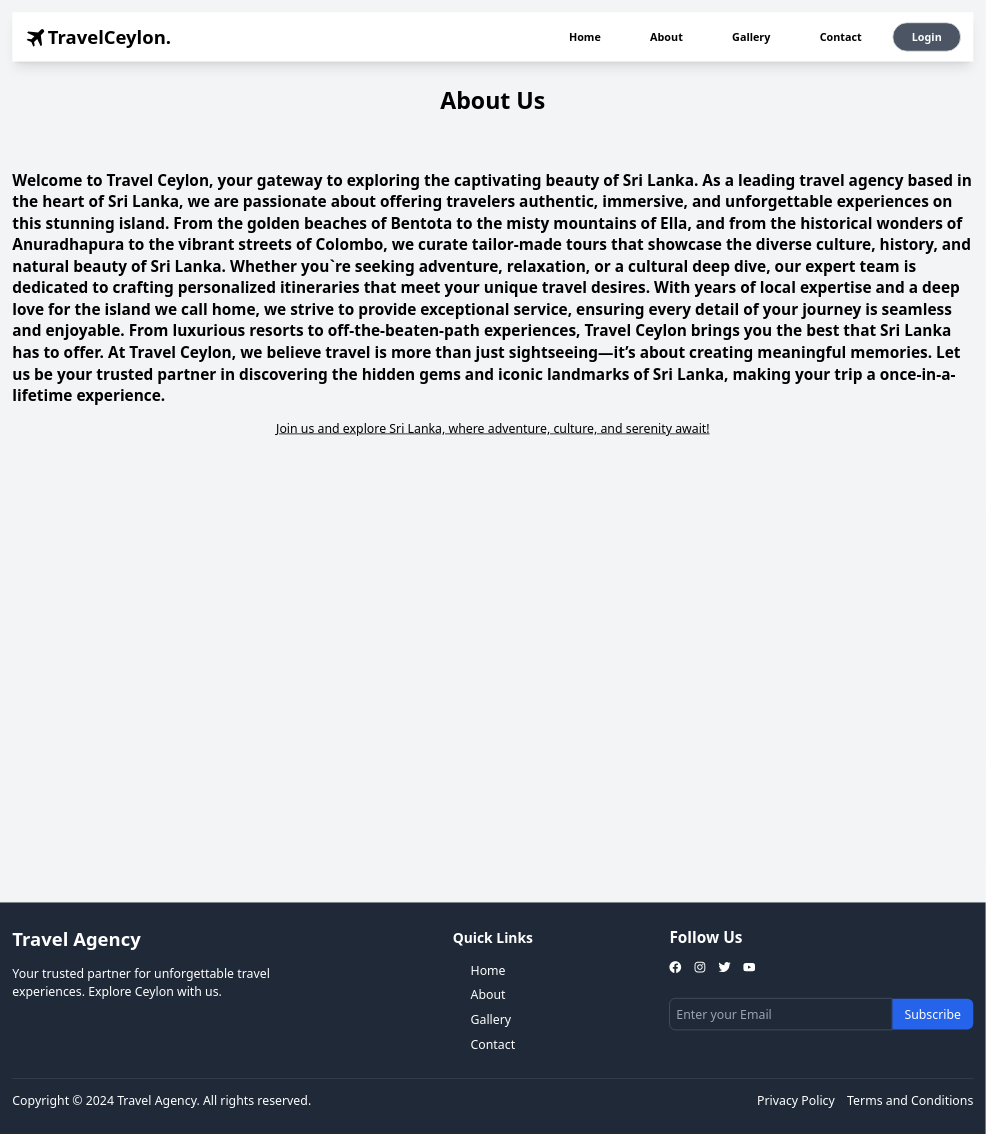
Repository: thisara199/Travel-Agency-Website
Page: /about
These files come from the project's save history. The page is drawn as it stood at one moment and after the next save; the edit follows.
The browser window is 1280 px wide. The pictures show the whole page, at 77% of full size.
The project was rebuilt for these pictures with package versions that can differ from the ones it lists, and the page was loaded fresh each time. Also part of the build but not shown: vite.config.js, src/components/HeroSection/HeroSection.jsx, src/components/FeaturedDestination/FeaturedDestination.jsx, src/components/Testimonials/Testimonials.jsx, src/components/Banner/Banner.jsx, src/pages/Home.jsx.

Above is the page before, as saved 2024-09-04 19:35:48.

### index.html
<!doctype html>
<html lang="en">
  <head>
    <meta charset="UTF-8" />
    <link rel="icon" type="image/svg+xml" href="/public/favicon-32x32.png" />
    <meta name="viewport" content="width=device-width, initial-scale=1.0" />
    <title>Travel Agency</title>
  </head>
  <body>
    <div id="root"></div>
    <script type="module" src="/src/main.jsx"></script>
  </body>
</html>

### src/App.jsx
import { BrowserRouter, Routes, Route } from 'react-router-dom'
import Home from './pages/Home'
import Navbar from './components/Navbar/Navbar'
import Footer from './components/Footer/Footer'
import About from './pages/About'

const App = () => {
  return (
    <BrowserRouter>
    <Navbar />
       <Routes>
        <Route path='/' element={<Home />} />
        <Route path='/about' element={<About />} />
       </Routes>
    <Footer />
    </BrowserRouter>
  )
}

export default App

### src/components/Navbar/Navbar.jsx
import { FaBars, FaTimes } from "react-icons/fa"
import { Link } from "react-router-dom"
import { useState } from "react"
import { BiSolidPlaneAlt } from "react-icons/bi";


const Navbar = () => {
  const [isOpen, setIsOpen] = useState(false)
  return (
    <nav className="fixed top-0 left-0 right-0 z-10 m-4 bg-white shadow-lg">
      <div className="container flex items-center justify-between h-16 px-4">
        <div className="flex items-center">
        <BiSolidPlaneAlt className="text-3xl"/>
        <h3 className="text-2xl font-bold">TravelCeylon.</h3>
        </div>
        <div className="items-center hidden space-x-4 text-sm font-bold md:flex ">
          <Link to="/" className="px-6 py-2 hover:bg-gray-600 hover:text-white">Home</Link>
          <Link to="/about" className="px-6 py-2 hover:bg-gray-600 hover:text-white">About</Link>
          <Link to="/gallery" className="px-6 py-2 hover:bg-gray-600 hover:text-white">Gallery</Link>
          <Link to="/contact" className="px-6 py-2 hover:bg-gray-600 hover:text-white">Contact</Link>
          <button className="px-6 py-2 text-white bg-gray-600 border rounded-full hover:scale-105 hover:bg-gray-500">Login</button>
        </div>
        <div className="md:hidden">
          <button onClick={() => setIsOpen(!isOpen)}>
            {isOpen ? <FaTimes /> : <FaBars />}
          </button>
        </div>
      </div>
      <div>
        {isOpen && (
           <div className="flex flex-col items-center pb-10 space-y-6 font-bold bg-white md:hidden">
           <Link to="/" className="px-6 py-2 hover:bg-gray-600 hover:text-white">Home</Link>
           <Link to="/about" className="px-6 py-2 hover:bg-gray-600 hover:text-white">About</Link>
           <Link to="/gallery" className="px-6 py-2 hover:bg-gray-600 hover:text-white">Gallery</Link>
           <Link to="/about" className="px-6 py-2 hover:bg-gray-600 hover:text-white">About</Link>
           <button className="px-6 py-2 text-white bg-gray-600 border rounded-full hover:scale-105 hover:bg-gray-500">Login</button>
         </div>
        )}
      </div>
    </nav>
  )
}

export default Navbar

### src/components/Footer/Footer.jsx
import { FaFacebook, FaInstagram, FaYoutube } from "react-icons/fa";
import { FaTwitter } from "react-icons/fa6";
import { Link } from "react-router-dom";

const Footer = () => {
  return (
    <div className="py-8 text-white bg-gray-800">
      <div className="container px-4 mx-auto">
        <div className="grid gap-8 sm:grid-cols-1 lg:grid-cols-3">
          <div>
            <h2 className="mb-4 text-2xl font-bold">Travel Agency</h2>
            <p className="mb-4">
              Your trusted partner for unforgettable travel experiences. Explore
              Ceylon with us.
            </p>
          </div>
          <div className="flex flex-col md:items-center">
            <h4 className="text-lg font-semibold">Quick Links</h4>
            <div className="flex flex-col mt-4 space-y-2">
              <Link to="/">Home</Link>
              <Link to="/about">About</Link>
              <Link to="/gallery">Gallery</Link>
              <Link to="/contact">Contact</Link> {/* Updated link */}
            </div>
          </div>
          <div>
            <h2 className="mb-4 text-xl font-bold">Follow Us</h2>
            <div className="flex mb-4 space-x-4">
              <FaFacebook className="text-white hover:text-gray-400" aria-label="Facebook" />
              <FaInstagram className="text-white hover:text-gray-400" aria-label="Instagram" />
              <FaTwitter className="text-white hover:text-gray-400" aria-label="Twitter" />
              <FaYoutube className="text-white hover:text-gray-400" aria-label="YouTube" />
            </div>
            <form action="" className="flex items-center mt-8">
              <input
                type="email"
                placeholder="Enter your Email"
                className="w-full p-2 bg-gray-800 border border-gray-600 rounded-l-lg"
              />
              <button
                type="submit"
                className="px-4 py-2 text-white bg-blue-600 rounded-r-lg hover:bg-blue-700"
              >
                Subscribe
              </button>
            </form>
          </div>
        </div>
        <div className="flex justify-between pt-4 mt-8 border-t border-gray-700">
          <p>Copyright &copy; 2024 Travel Agency. All rights reserved.</p>
          <div className="flex space-x-4">
            <Link to="/privacy" className="hover:text-gray-400">Privacy Policy</Link>
            <Link to="/terms" className="hover:text-gray-400">Terms and Conditions</Link>
          </div>
        </div>
      </div>
    </div>
  );
};

export default Footer;

### src/pages/About.jsx
import TeamMembers from "../components/TeamMembers/TeamMembers";

const About = () => {
  return (
    <div className="py-12 bg-gray-100">
      <div className="container px-4 mx-auto">
        <h2 className="my-16 text-3xl font-bold text-center">About Us</h2>
        <p className="py-2 text-xl font-semibold">Welcome to Travel Ceylon, your gateway to exploring the captivating beauty of Sri Lanka. As a leading travel agency based in the heart of Sri Lanka, we are passionate about offering travelers authentic, immersive, and unforgettable experiences on this stunning island. From the golden beaches of Bentota to the misty mountains of Ella, and from the historical wonders of Anuradhapura to the vibrant streets of Colombo, we curate tailor-made tours that showcase the diverse culture, history, and natural beauty of Sri Lanka. Whether you`re seeking adventure, relaxation, or a cultural deep dive, our expert team is dedicated to crafting personalized itineraries that meet your unique travel desires. With years of local expertise and a deep love for the island we call home, we strive to provide exceptional service, ensuring every detail of your journey is seamless and enjoyable. From luxurious resorts to off-the-beaten-path experiences, Travel Ceylon brings you the best that Sri Lanka has to offer. At Travel Ceylon, we believe travel is more than just sightseeing—it’s about creating meaningful memories. Let us be your trusted partner in discovering the hidden gems and iconic landmarks of Sri Lanka, making your trip a once-in-a-lifetime experience.</p>
        <p className="py-2 text-center underline"> Join us and explore Sri Lanka, where adventure, culture, and serenity await!</p>
      </div>
      <TeamMembers />
    </div>
  )
}

export default About

### src/components/Services/Services.jsx
import { FaConciergeBell, FaHotel, FaPlane, FaUmbrellaBeach } from 'react-icons/fa';

const services = [
  {
    icon: <FaPlane className='text-4xl text-blue-500' />,
    title: 'Flight Booking',
    description: 'Effortlessly book your flights with our streamlined process and find the best deals.',
  },
  {
    icon: <FaHotel className='text-4xl text-blue-500' />,
    title: 'Hotel Booking',
    description: 'Secure your ideal hotel stay quickly with our simple booking system and exclusive offers.',
  },
  {
    icon: <FaUmbrellaBeach className='text-4xl text-blue-500' />,
    title: 'Beach Tours',
    description: 'Discover pristine beaches and breathtaking views with our curated beach tour packages.',
  },
  {
    icon: <FaConciergeBell className='text-4xl text-blue-500' />,
    title: 'Concierge Services',
    description: 'Enjoy personalized concierge services that cater to all your needs, ensuring a seamless experience.',
  },
];

const Services = () => {
  return (
    <div className='py-12 bg-gray-100'>
      <div className='container px-4 mx-auto'>
        <h2 className='mb-8 text-3xl font-bold text-center'>Our Services</h2>
        <div data-aos="flip-left" className='grid gap-6 sm:grid-cols-2 lg:grid-cols-3 xl:grid-cols-4 '>
          {services.map((service) => (
            <div  key={service.title} className='flex flex-col items-center p-8 transition duration-300 transform bg-white rounded-lg shadow-md cursor-pointer hover:scale-110'>
              <div className='flex justify-center py-6 mb-4'>
                {service.icon}
              </div>
              <h3 className='mb-2 text-xl font-bold text-center'>{service.title}</h3>
              <p className='py-5 text-center text-gray-600'>{service.description}</p>
            </div>
          ))}
        </div>
      </div>
    </div>
  );
};

export default Services;

### src/components/TeamMembers/TeamMembers.jsx
import Img1 from '../../assets/Testimonials/Image1.png';
import Img2 from '../../assets/Testimonials/Image3.png';
import Img3 from '../../assets/Testimonials/Image4.png';
import Img4 from '../../assets/Testimonials/Image6.png';

const Clients = [
  {
    name: 'John Doe',
    image: Img1,
    job: 'I had an amazing experience with Booking.com. The website was easy to navigate, and the booking process was straightforward. I highly recommend it!',
    location: 'New York, USA',
    aosDelay: '400',
  },
  {
    name: 'Jane Smith',
    image: Img2,
    job: 'I had an amazing experience with Booking.com. The website was easy to navigate, and the booking process was straightforward. I highly recommend it!',
    location: 'London, UK',
    aosDelay: '600',
  },
  {
    name: 'Michael Johnson',
    image: Img3,
    job: 'I had an amazing experience with Booking.com. The website was easy to navigate, and the booking process was straightforward. I highly recommend it!',
    location: 'Sydney, Australia',
    aosDelay: '800',
  },
  {
    name: 'Emily Davis',
    image: Img4,
    job: 'I had an amazing experience with Booking.com. The website was easy to navigate, and the booking process was straightforward. I highly recommend it!',
    location: 'Paris, France',
    aosDelay: '1000',
  },
];

const Testimonials = () => {
  return (
    <div className='py-12 bg-gray-100'>
      <div className='container px-4 mx-auto'>
        <h2 data-aos="fade-up" className='mb-8 text-3xl font-bold text-center'>Our Team</h2>
        <div className='grid gap-6 sm:grid-cols-1 md:grid-cols-2 lg:grid-cols-4'>
          {Clients.map((client) => (
            <div
              key={client.name}
              data-aos="fade-left"
              data-aos-delay={client.aosDelay}
              className='flex flex-col items-center p-8 transition duration-300 transform bg-white rounded-lg shadow-md cursor-pointer hover:scale-110'
            >
              <div className='flex justify-center py-6 mb-4'>
                <img src={client.image} alt={client.name} className='w-40 h-40 rounded-full' />
              </div>
              <h3 className='mb-2 text-xl font-bold text-center'>{client.name}</h3>
              <p className='py-5 text-center text-gray-600'>{client.text}</p>
              <p className='text-sm text-gray-400'>{client.location}</p>
            </div>
          ))}
        </div>
      </div>
    </div>
  );
};

export default Testimonials;

Loaded but not shown: src/main.jsx (common file); src/index.css (common file); tailwind.config.js (common file)

After the next save:
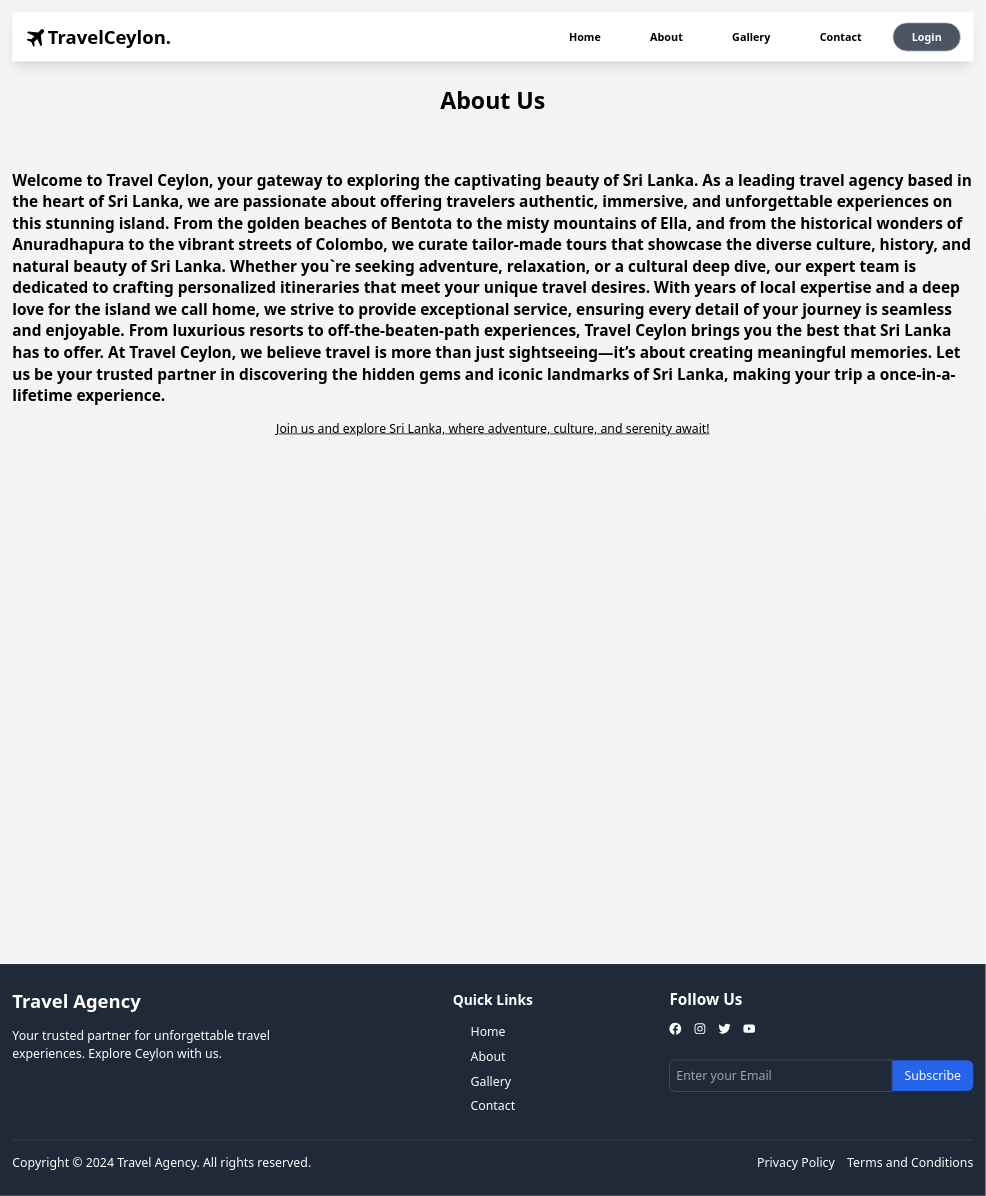
Saved 33 s later.
--- a/src/components/TeamMembers/TeamMembers.jsx
+++ b/src/components/TeamMembers/TeamMembers.jsx
@@ -8,28 +8,24 @@ const Clients = [
     name: 'John Doe',
     image: Img1,
     job: 'I had an amazing experience with Booking.com. The website was easy to navigate, and the booking process was straightforward. I highly recommend it!',
-    location: 'New York, USA',
     aosDelay: '400',
   },
   {
     name: 'Jane Smith',
     image: Img2,
     job: 'I had an amazing experience with Booking.com. The website was easy to navigate, and the booking process was straightforward. I highly recommend it!',
-    location: 'London, UK',
     aosDelay: '600',
   },
   {
     name: 'Michael Johnson',
     image: Img3,
     job: 'I had an amazing experience with Booking.com. The website was easy to navigate, and the booking process was straightforward. I highly recommend it!',
-    location: 'Sydney, Australia',
     aosDelay: '800',
   },
   {
     name: 'Emily Davis',
     image: Img4,
     job: 'I had an amazing experience with Booking.com. The website was easy to navigate, and the booking process was straightforward. I highly recommend it!',
-    location: 'Paris, France',
     aosDelay: '1000',
   },
 ];
@@ -52,7 +48,7 @@ const Testimonials = () => {
               </div>
               <h3 className='mb-2 text-xl font-bold text-center'>{client.name}</h3>
               <p className='py-5 text-center text-gray-600'>{client.text}</p>
-              <p className='text-sm text-gray-400'>{client.location}</p>
+              <p className='text-sm text-gray-400'>{client.job}</p>
             </div>
           ))}
         </div>
